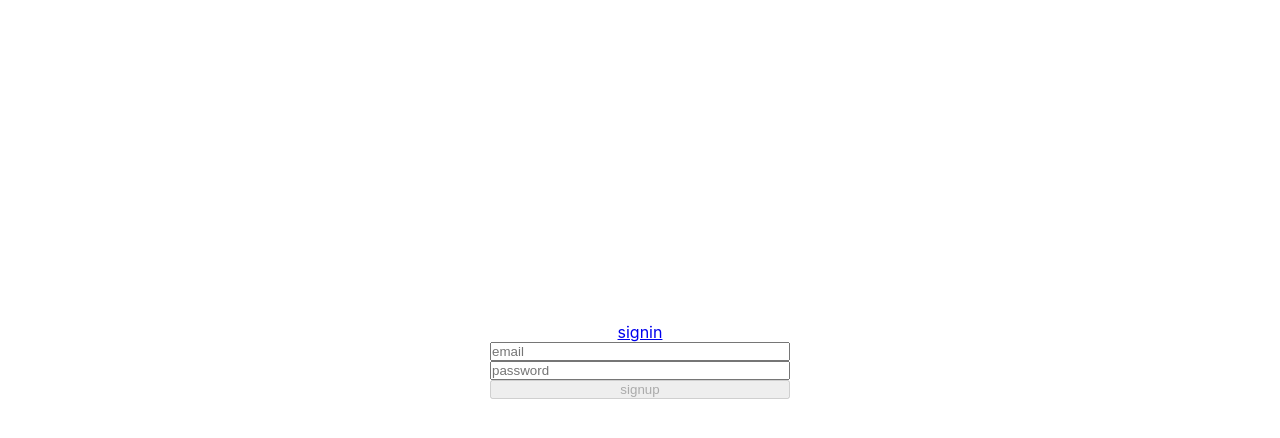
Repository: SeungYn/wanted-pre-onboarding-frontend
Page: /signup
The author's editor kept a copy of each file at every save. The page is drawn from the files as they stood at one save, then again after the next save.
The browser window is 1280 px wide. The pictures show the whole page.
The project was rebuilt for these pictures with package versions that can differ from the ones it lists, and the page was loaded fresh each time.

Above is the page before, as saved 2023-01-30 22:06:24.

After the next save:
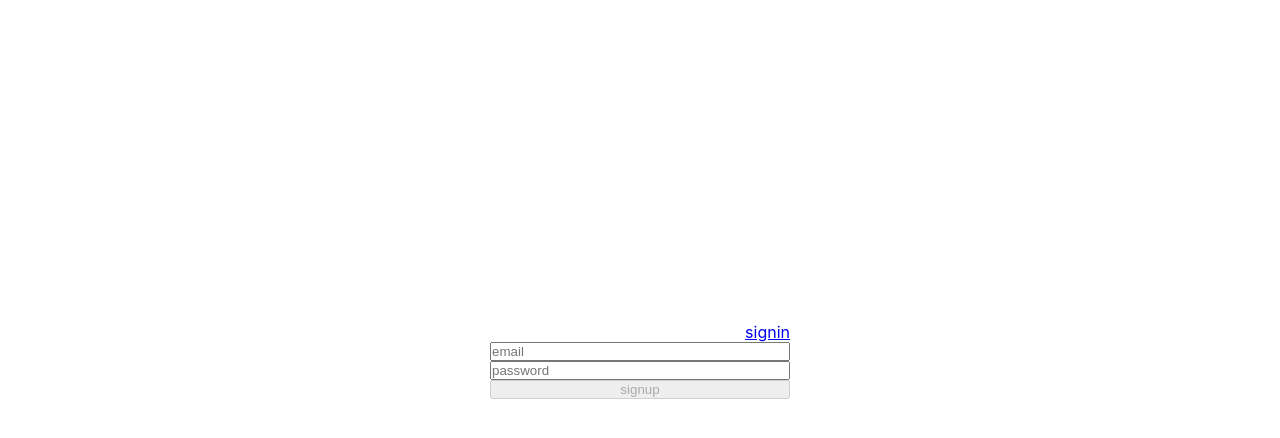
Saved 3 min 59 s later.
--- a/src/components/auth/AuthGlobal.module.css
+++ b/src/components/auth/AuthGlobal.module.css
@@ -6,3 +6,7 @@
   justify-content: center;
   align-items: center;
 }
+
+.authContainer a {
+  align-self: flex-end;
+}
